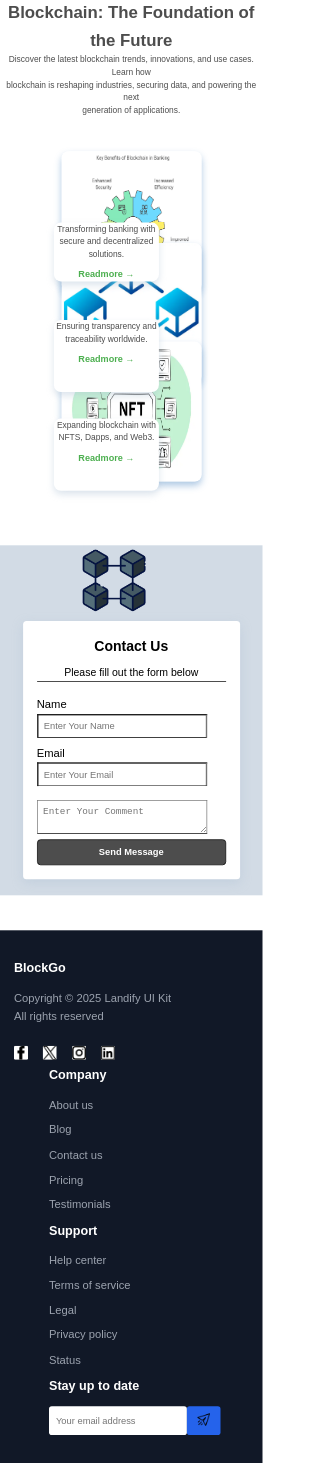
Repository: Tafsirul555/Assignment
Page: Assignment/index.html
These files come from the project's save history. The page is drawn as it stood at one moment and after a run of saves; the edit follows.
The browser window is 375 px wide. The page is 480 px wide, so the pictures cover 480 px, including what lies to the right of the window. The pictures show the part of the page from y = 2750 to 4990 px (the page is 4840 px tall before and 4990 px after), at 70% of full size.

Above is the page before, as saved 2025-06-12 23:23:17.

After the next 2 saves:
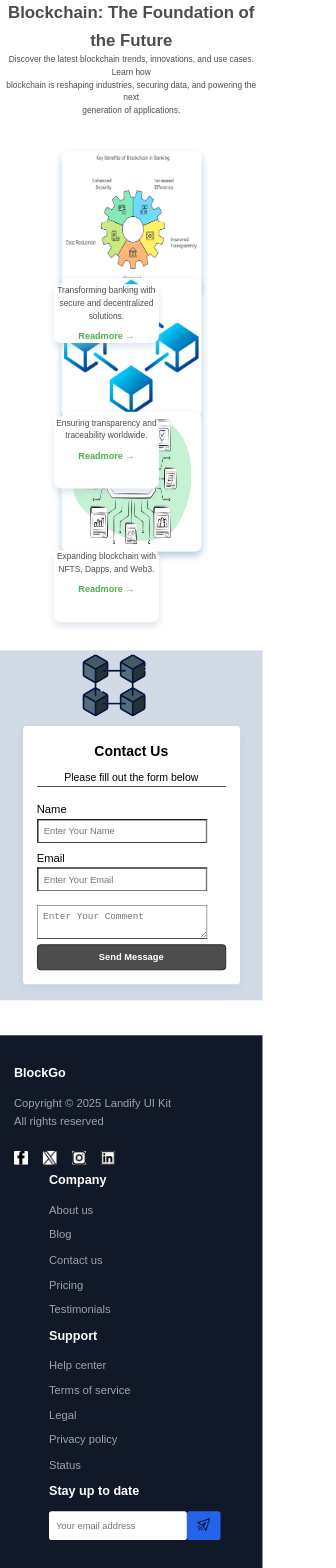
The 2 saves are shown as one change because they came seconds apart.
The last was saved 9 s later.
--- a/Assignment/Assignment1.css
+++ b/Assignment/Assignment1.css
@@ -513,7 +513,7 @@ article img{
     .BlockchainFuture-box3 .text3 {
         text-align: center;
         position: relative;
-        margin-top: -200px;
+        margin-top: -150px;
     }
 }
 
